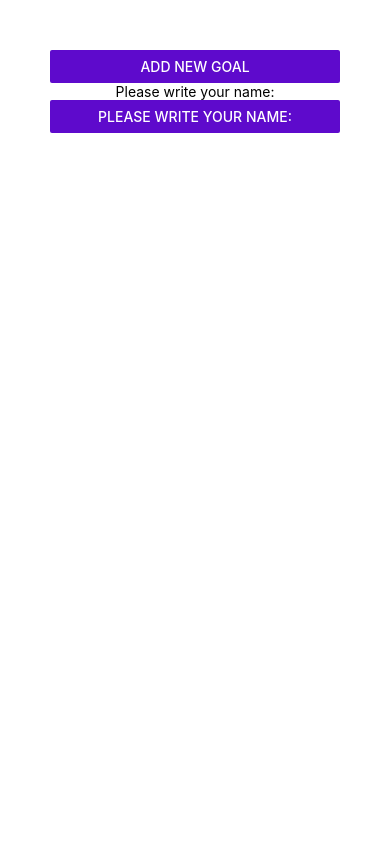
Repository: ntu34543/React-Native-Example1
Screen: /
An editor plug-in stored every save of this project. The screen is shown before and after the next save, followed by the edit.
The app was drawn by React Native's web renderer in a window 390 px wide. The project was rebuilt for these pictures with package versions that can differ from the ones it lists, and the page was loaded fresh each time. Also part of the build but not shown: components/Goalltem.js.

Above is the screen before, as saved 2022-09-12 15:22:23.

### App.js
import { useState } from "react";
import { StyleSheet, View, FlatList, Button, Text, Linking, TextInput } from "react-native";
import { StatusBar } from "expo-status-bar";

import GoalItem from "./components/Goalltem";
import GoalInput from "./components/Goallnput";

export default function App() {
  const [modalIsVisible, setModalIsVisible] = useState(false);
  const [courseGoals, setCourseGoals] = useState([]);
  const [name, setName] = useState('');
  const [submitted, setSubmitted] = useState(false);
  // console.log(courseGoals);
  const onPressHandler = () => {
    setSubmitted(!submitted);
  }

  function startAddGoalHandler() {
    setModalIsVisible(true);
  }

  function endAddGoalHandler() {
    setModalIsVisible(false);
  }

  function addTextInput(enteredGoalText) {
    setCourseGoals((currentCourseGoals) => [
      ...currentCourseGoals,
      { text: enteredGoalText, id: Math.random().toString() },
    ]);
    endAddGoalHandler();
  }

  function deleteGoalHandler(id) {
    setCourseGoals((currentCourseGoals) => {
      return currentCourseGoals.filter((goal) => goal.id !== id);
    });
  }

  return (
    <>
      <StatusBar style="auto"/>
      <View style={styles.container}>
        <Button
          title="Add new Goal"
          color="#5e0acc"
          onPress={startAddGoalHandler}
        />
        <Text style={styles.textLinking}>Please write your name:</Text>
        <Button
          title="Please write your name:"
          color="#5e0acc"
          onPress={()=>{Linking.openURL('https://ca.slack-edge.com/T324R7VB6-U03RS7EKJHG-323b9d1b6216-512')}}
        />
        <GoalInput
          visible={modalIsVisible}
          onAddGoal={addTextInput}
          onCancer={endAddGoalHandler}
        />
        <View style={styles.goalsContainer}>
          <FlatList
            data={courseGoals}
            style={styles.goalsContainer}
            renderItem={(itemData) => {
              return (
                <GoalItem
                  text={itemData.item.text}
                  id={itemData.item.id}
                  onDeleteItem={deleteGoalHandler}
                />
              );
            }}
            keyExtractor={(item, index) => {
              return index.id;
            }}
            alwaysBounceVertical={false}
          />
        </View>
      </View>
    </>
  );
}

const styles = StyleSheet.create({
  container: {
    padding: 50,
  },
  goalsContainer: {
    // flex: 4,
  },
  textLinking: {
    textAlign: 'center',
  }
});

### components/Goallnput.js
import { useState } from "react";
import { StyleSheet, View, TextInput, Button, Modal, Image } from "react-native";
function GoalInput(props) {
  const [enteredGoalText, setEnteredGoalText] = useState("");

  function textInput(enteredText) {
    setEnteredGoalText(enteredText);
    // console.log(enteredText);
  }

  function addGoalHandler() {
    props.onAddGoal(enteredGoalText);
    setEnteredGoalText("");
  }

  return (
    <Modal visible={props.visible} animationType="slide">
      <View style={styles.inputContainer}>
          <Image style={styles.image} source={require('../assets/favicon.png')} />
        <TextInput
          style={styles.textInput}
          placeholder="Email............"
          onChangeText={textInput}
          value={enteredGoalText}
        />
        <View style={styles.buttonContainer}>
          <View style={styles.button}>
            <Button title="Click!" onPress={addGoalHandler} />
          </View>
          <View style={styles.button}>
            <Button title="Cancer!" onPress={props.onCancer}/>
          </View>
        </View>
      </View>
    </Modal>
  );
}

export default GoalInput;

const styles = StyleSheet.create({
  inputContainer: {
    flex: 1,
    justifyContent: "center",
    alignItems: "center",
    paddingBottom: 24,
    padding: 16,
    borderBottomWidth: 1,
    borderBottomColor: "gray",
    backgroundColor: 'pink'
  },
  image: {
      width: 100,
      height: 100,
      margin: 20,
  },
  textInput: {
    borderWidth: 1,
    borderColor: "#cccccc",
    width: "100%",
    padding: 8,
  },
  buttonContainer: {
      marginTop: 16,
    flexDirection: "row",
  },
  button: {
      width: '30%',
      marginHorizontal: 8,
  }
});

After the next save:
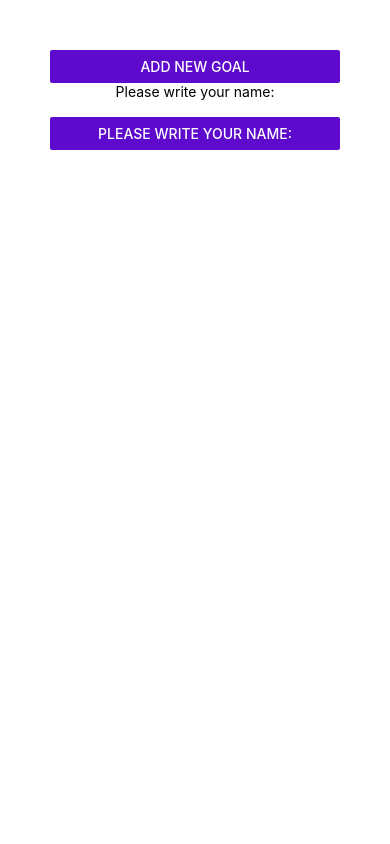
Saved 18 s later.
--- a/App.js
+++ b/App.js
@@ -47,6 +47,7 @@ export default function App() {
           onPress={startAddGoalHandler}
         />
         <Text style={styles.textLinking}>Please write your name:</Text>
+        <TextInput />
         <Button
           title="Please write your name:"
           color="#5e0acc"
